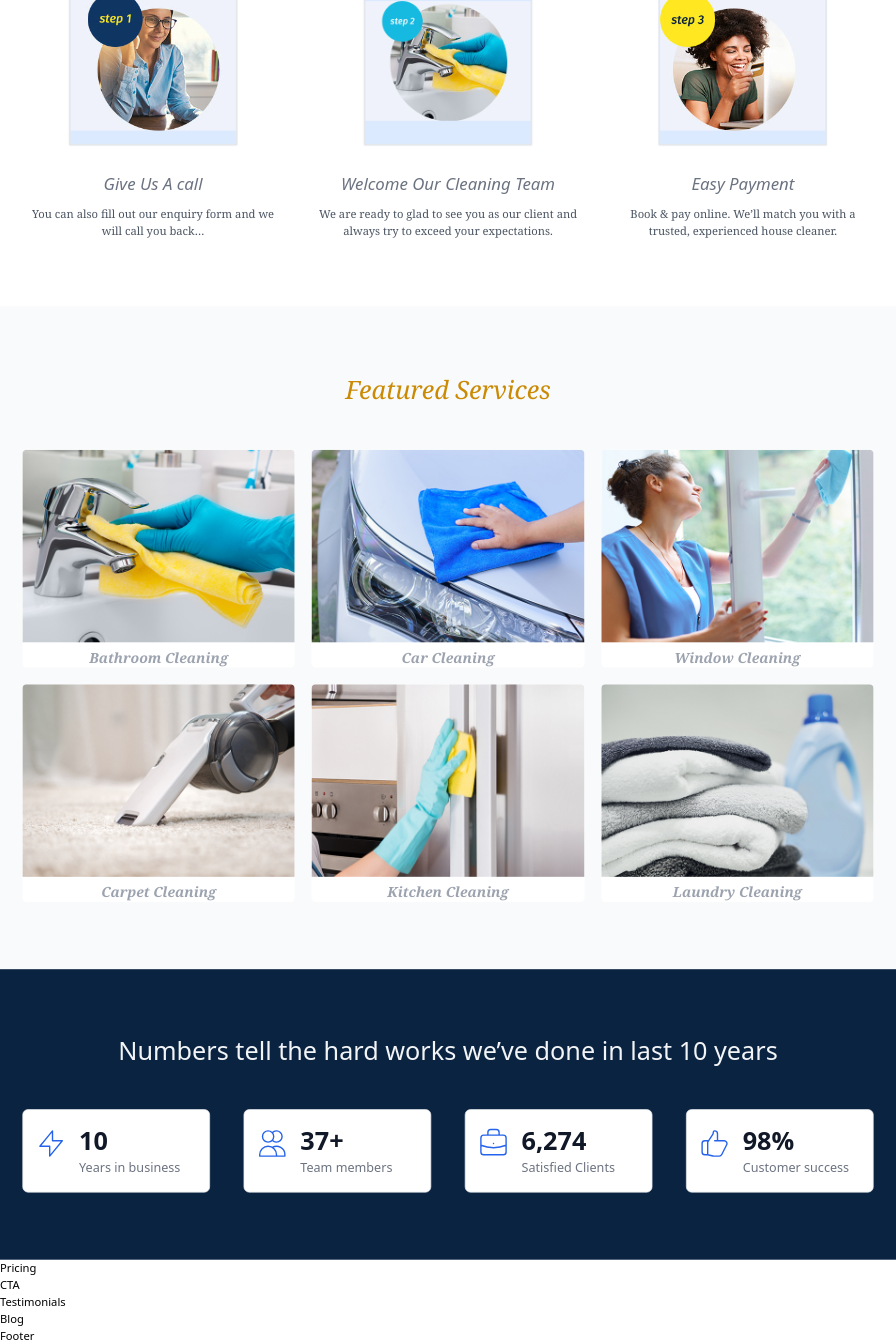
Repository: remydev47/cleonara
Page: /
These files come from the project's save history. The page is drawn as it stood at one moment and after the next save; the edit follows.
The browser window is 1280 px wide. The pictures show the part of the page from y = 2361 to 4281 px (the page is 4281 px tall), at 70% of full size.
The project was rebuilt for these pictures with package versions that can differ from the ones it lists, and the page was loaded fresh each time. The framework's server and built-in components were replaced by stand-ins that run in the browser. Also part of the build but not shown: next.config.js.

Above is the page before, as saved 2022-11-01 13:30:08.

### pages/_app.tsx
import '../styles/globals.css'
import type { AppProps } from 'next/app'
import Header from '../components/Header'

function MyApp({ Component, pageProps }: AppProps) {
  return(
    <>
      <Header />
      <Component {...pageProps} />
    </>

  )
}

export default MyApp

### pages/index.tsx
import type { NextPage } from 'next'
import Head from 'next/head'
import Image from 'next/image'
import { AboutUs, CTA, Hero, Offers, Pricing, Services, Blog, Stats, Steps, Testimonials, Footer } from '../components'

const Home: NextPage = () => {
  return (
    <div className="">
      <Head>
        <title>CLEONARA</title>
        <link rel="icon" href="/favicon.ico" />
      </Head>
      <Hero/>
      <Offers />
      <AboutUs />
      <Steps />
      <Services />
      <Stats />
      <Pricing />
      <CTA />
      <Testimonials />
      <Blog />
      <Footer />
    </div>
  )
}

export default Home

### components/Header.tsx
import React from 'react';
import { navLinks } from '../constants';
import Menupopover from './Menupopover';
import Image from 'next/image';
import Logo from './Logo';
import { Button } from './Button';

const Header = () => {
  return (
    <header className="fixed inset-x-0 bg-[#092341] z-20 flex justify-between items-center py-2 px-2 shadow-lg dark:bg-slate-900 sm:py-3 sm:px-8">
            <div className='flex grow-0 basis-1/3 md:hidden'>
                <Menupopover />
            </div>

             <div className='flex grow-0 ml-2 justify-center md:justify-start'>
                <Logo />

            </div>


            <ul className="list-none sm:flex hidden justify-center items-center flex-1">
            {navLinks.map((nav, index) => (
                <li
                key={nav.id}
                className={`font-bold cursor-pointer text-[16px] hover:text-blue-400
                   ${index === navLinks.length - 1 ? 'mr-0' : 'mr-10'}
                  text-white `}
                >
                    <a>{nav.title}</a>
                </li>
            ))}
           </ul>

          <div className='sm:flex hidden'>
            <Button variant='solid'>
              GET A QUOTE!
            </Button>
          </div>

        </header>
  )
}

export default Header

### components/index.ts
import Hero from "./Hero";
import Offers from "./Offers";
import AboutUs from "./AboutUs";
import Steps from "./Steps";
import Services from "./Services";
import Stats from "./Stats";
import Pricing from "./Pricing";
import CTA from "./CTA";
import Testimonials from "./Testimonials";
import Blog from "./Blog";
import Footer from "./Footer";

export {
    Hero, Offers, AboutUs, Steps, Services, Stats, Pricing, CTA, Testimonials, Blog, Footer
}

### constants/index.ts
export const navLinks=[
    {
        id:"home",
        title:"Home",
    },
    {
        id:"services",
        title:"Services",
    },
    {
        id:"AboutUs",
        title:"AboutUs",
    },
    {
        id:"pricing",
        title:"Pricing",
    },
    {
        id:"blog",
        title:"Blog",
    },
    {
        id:"reviews",
        title:"Reviews",
    },
    {
        id:"contacts",
        title:"Contacts",
    },
]

### components/Menupopover.tsx
import React, {useState, Fragment} from 'react';
import { navLinks } from '../constants';
import { IconButton, Button } from './Button';
import { Transition, Dialog } from '@headlessui/react';
import Logo from './Logo';
import Image from 'next/image';

const Menupopover = () => {
  const [isOpen, setIsOpen] = useState(false)

  return (
    <div>
    <IconButton
      variant='ghost'
      aria-label='menu'
      onClick={() => setIsOpen(!isOpen)}
    >
      <svg className='h-6 w-6 ' fill='none' stroke='currentColor'>
        <path
          strokeLinecap='round'
          strokeLinejoin='round'
          strokeWidth={2}
          d='M4 6h16M4 12h16M4 18h16'
        />
      </svg>
    </IconButton>
    <Transition
      show={isOpen}
      appear
      as={Fragment}
      enter='transform transition ease-in-out duration-300'
      enterFrom='-translate-x-full'
      enterTo='translate-x-0'
      leave='transform transition ease-in-out duration-300 delay-200'
      leaveFrom='translate-x-0'
      leaveTo='-translate-x-full'
     >
     <Dialog
       as='div'
       className={`fixed inset-0 z-50`}
       onClose={setIsOpen}
       open={isOpen}
       >
       <Transition.Child
         as={Fragment}
         enter='ease-out duration-300 delay-300'
         enterFrom='opacity-0'
         enterTo='opacity-100'
         leave='ease-in duration-200'
         leaveFrom='opacity-100'
         leaveTo='opacity-0'
       >

        <Dialog.Overlay
          className={`fixed inset-0 bg-black/20 backdrop-blur-sm dark:bg-gray-900/80`}
         />
      </Transition.Child>
       <div className={styles.dialogcontainer}>
        <a className='mx-auto mt-4 flex w-[140px] '>
          <Logo />
        </a>
        <ul
            className={styles.navWrapper2}
         >
            {navLinks.map((nav, index) => (
                <li
                 key={nav.id}
                 className={` font-bold cursor-pointer text-[16px]
                  mt-2 border-t border-slate-200 py-4 dark:border-slate-600
                  ${index === navLinks.length - 1 ? 'mr-0' : 'mb-4'}
                  text-white `}
                >
                 <a href={`#${nav.id}`}>
                    {nav.title}
                 </a>
                </li>
             ))}
         </ul>

        <IconButton
          variant='ghost'
          aria-label='close menu'
          className='absolute top-5 right-5'
          onClick={() => setIsOpen(false)}
        >
          <svg
            viewBox='0 0 10 10'
            className='h-2.5 w-2.5 overflow-visible'
            aria-hidden='true'
          >
            <path
                d='M0 0L10 10M10 0L0 10'
                fill='none'
                stroke='currentColor'
                strokeWidth='2'
                strokeLinecap='round'
              />
          </svg>
        </IconButton>
       </div>
     </Dialog>
    </Transition>
  </div>
  )
}

export default Menupopover;

const styles ={
  dialogcontainer:`fixed top-0 bottom-0 left-0 w-full max-w-xs rounded-r-xl bg-[#092341] p-6 shadow-lg dark:bg-gray-800`,
  menuitems:`group relative flex h-9 items-center oveflow-hidden rounded-md hover:bg-slate-200/50`,
  navWrapper2:`list-none flex flex-col justify-end items-center flex-1`,
}

### components/Logo.tsx
import React from 'react'
import Image from 'next/image'

const Logo = () => {
  return (
    <div>
        <Image
          src='/images/logo.png'
          alt='Cleonara'
          height={80}
          width={150}
        />
    </div>
  )
}

export default Logo

### components/Hero.tsx
import React from 'react'

const Hero = () => {
  return (
    <section className='relative pt-48 pb-12 xl:pt-60 sm:pb-16 lg:pb-32 xl:pb-48 2xl:pb-56'>
    <div className="absolute inset-0">
     <img className="object-cover w-full h-full" src="/images/7.jpg" alt="" />
    </div>
   <div className='relative'>
    <div className="px-6 mx-auto sm:px-8 lg:px-12 max-w-7xl">
      <div className="w-full lg:w-2/3 xl:w-1/2">
        <h1 className="font-serif text-xl font-bold tracking-tight text-white text-opacity-70 text-center">Proffesional Cleaning Services</h1>
        <p className="mt-6 tracking-tighter text-[#656b72]">
          <span className="font-sans font-bold text-6xl">BEST CLEANING </span><br />
          <span className="font-serif italic font-BOLD text-7xl">SERVICES IN TOWN</span>
        </p>
        <p className="mt-8 font-erif text-xl font-normal text-[#656b72]">
         Our professional and experienced cleaning staff does the job right the first time are Carefully selected Give them a deep.
        </p>
      </div>
    </div>
   </div>
  </section>
  )
}

export default Hero

### components/Offers.tsx
import React from 'react'
import { Button } from './Button'

const Offers = () => {
  return (
    <section className="bg-[#fff] sm:py-16 lg:py-24">
    <div className="px-4 mx-auto max-w-7xl sm:px-6 lg:px-8">
    <div className="max-w-2xl mx-auto text-center">
      <h2 className="text-xl italic font-semibold leading-tight text-black  lg:text-2xl">What We Offer</h2>
    </div>

    <div className="grid max-w-md grid-cols-1 gap-6 mx-auto mt-8 text-center lg:max-w-full lg:mt-16 lg:grid-cols-3">

        <div className="overflow-hidden bg-[#092341] shadow-xl border-gray-300 rounded-md">
          <div className="p-8 xl:px-12 flex flex-col items-center justify-center">
             <div className='flex flex-col'>
               <h1 className='text-3xl font-semibold text-white'>Opening</h1>
               <span className='italic text-2xl text-blue-400'>HOURS</span>
             </div>
             <h2 className='font-bold text-xl italic text-white text-center mt-2'>
               We are Open
             </h2>
             <p className='text-xl text-white text-center font-bold'>
               MON-FRI: 08:00-17:00
             </p>
             <p className='text-xl text-white text-center font-bold'>
               SAT-SUN: 10:00-17:00
             </p>
          </div>
        </div>

        <div className="overflow-hidden bg-blue-600 shadow-xl border-gray-300 rounded-md">
          <div className="p-8 xl:px-12 flex flex-col items-center justify-center">
             <div className='flex flex-col'>
               <h1 className='text-3xl font-semibold text-white'>Commercial</h1>
               <span className='italic text-2xl text-yellow-400'>Service</span>
             </div>
             <h2 className='font-bold text-xl italic text-white text-center mt-2'>
                Contact The Cleaning Authority and we’ll do the cleaning for you!
             </h2>
             <p>
              <Button variant='outline'>
                READ MORE!
              </Button>
             </p>
          </div>
        </div>


        <div className="overflow-hidden bg-[#0693e3] shadow-xl border-gray-300 rounded-md">
          <div className="p-8 xl:px-12 flex flex-col items-center justify-center">
             <div className='flex flex-col'>
               <h1 className='text-3xl font-semibold text-white'>Residential</h1>
               <span className='italic text-2xl text-yellow-400'>Services</span>
             </div>
             <h2 className='font-bold text-xl italic text-white text-center mt-2'>
               Invest in your free time with our services. Get started with an in-home estimate!
             </h2>
             <p>
              <Button variant='outline'>
                READ MORE!
              </Button>
             </p>
          </div>
        </div>

        <div className="overflow-hidden bg-yellow-400 shadow-xl border-gray-300 rounded-md">
          <div className="p-8 xl:px-12 flex flex-col items-center justify-center">
             <div className='flex flex-col'>
               <h1 className='text-3xl font-semibold text-[#092341]'>Special</h1>
               <span className='italic text-2xl text-gray-600'>Service</span>
             </div>
             <h2 className='font-bold text-xl italic text-[#0f3664] text-center mt-2'>
              We perform ongoing inspections to ensure every clean is up to our standards.
             </h2>
             <p>
              <Button variant='outline'>
                READ MORE!
              </Button>
             </p>
          </div>
        </div>

    </div>
</div>
</section>
  )
}

export default Offers

### components/AboutUs.tsx
import React from 'react'

const AboutUs = () => {
  return (
    <section className="py-6 bg-gray-50 sm:py-16 lg:py-24">
    <div className="max-w-5xl px-4 mx-auto sm:px-6 lg:px-8">
        <div className="grid items-center grid-cols-1 gap-y-6 md:grid-cols-2 md:gap-x-20">
            <div className="">
                <h1 className='text-3xl italic text-blue-800/70 text-center'>WELCOME TO OUR CLEANING AGENCY</h1>
                <h2 className="text-4xl font-bold leading-tight text-black sm:text-4xl lg:text-4xl">Cleaning Services We Provide.</h2>
                <p className="mt-4 text-base leading-relaxed text-gray-600 font-semibold">
                 Our home cleaning services are designed to give you the peace of mind you deserve and the time you need to enjoy your life and loved ones..
                </p>
            </div>

            <div className=" pl-20 pr-6 sm:pl-6 md:px-0">
                <div className="relative w-full max-w-xs mt-4 mb-10 ml-auto">
                 <img className="relative -top-4 -left-4" src="/images/Cleaning.jpg" alt="" />



                    <div className="absolute -bottom-10 -left-16 m-2">


                          <div className="px-8 py-8 bg-blue-700">
                               <span className="block text-4xl font-bold text-yellow-500 lg:text-5xl"> 50+ </span>
                                <span className="block mt-2 text-base leading-tight text-yellow-500"> Team<br />Member</span>
                            </div>
                    </div>
                </div>
            </div>
        </div>
    </div>
</section>
  )
}

export default AboutUs

### components/Steps.tsx
import React from 'react'

const Steps = () => {
  return (
    <section className="py-10  bg-white sm:py-16 lg:py-24">
    <div className="px-4 mx-auto max-w-7xl sm:px-6 lg:px-8">
        <div className="max-w-2xl mx-auto text-center">
            <h2 className="text-3xl italic font-semibold leading-tight text-[#092341]">Enjoy Your Time Off</h2>

        </div>

        <div className="relative mt-12 lg:mt-20">


            <div className="relative grid grid-cols-1 text-center gap-y-12 md:grid-cols-3 gap-x-12">
                <div>
                    <div className="flex items-center justify-center w-60 h-60 mx-auto bg-blue-100 border-2 border-gray-200 shadow">
                        <span className="text-xl font-semibold text-gray-700">
                            <img src='/images/step-1.jpg' className='h-full w-full ' />
                        </span>
                    </div>
                    <h3 className="mt-6 text-2xl italic leading-tight text-gray-500 md:mt-10">Give Us A call</h3>
                    <p className="mt-4 font-serif text-base text-gray-600">You can also fill out our enquiry form and we will call you back…</p>
                </div>

                <div>
                    <div className="flex items-center justify-center w-60 h-60 mx-auto bg-blue-100 border-2 border-gray-200 shadow">
                        <span className="text-xl font-semibold text-gray-700">
                          <img src='/images/step-2.jpg' className='h-full w-full ' />
                        </span>
                    </div>
                    <h3 className="mt-6 text-2xl italic leading-tight text-gray-500 md:mt-10">Welcome Our Cleaning Team</h3>
                    <p className="mt-4 font-serif text-base text-gray-600">We are ready to glad to see you as our client and always try to exceed your expectations.</p>
                </div>

                <div>
                    <div className="flex items-center justify-center w-60 h-60 mx-auto bg-blue-100 border-2 border-gray-200 shadow">
                        <span className="text-xl font-semibold text-gray-700">
                        <img src='/images/step-3.jpg' className='h-full w-full ' />
                        </span>
                    </div>
                    <h3 className="mt-6 text-2xl italic leading-tight text-gray-500 md:mt-10">Easy Payment</h3>
                    <p className="mt-4 font-serif text-base text-gray-600">Book & pay online. We’ll match you with a trusted, experienced house cleaner.</p>
                </div>

            </div>
        </div>
    </div>
 </section>
  )
}

export default Steps

### components/Services.tsx
import React from 'react'

const services=[
  {
    image:'/images/1.jpg',
    title:'Bathroom Cleaning',
    description:'',
  },
  {
    image:'/images/2.jpg',
    title:'Car Cleaning',
    description:'',
  },
  {
    image:'/images/3.jpg',
    title:'Window Cleaning',
    description:'',
  },
  {
    image:'/images/4.jpg',
    title:'Carpet Cleaning',
    description:'',
  },
  {
    image:'/images/5.jpg',
    title:'Kitchen Cleaning',
    description:'',
  },
  {
    image:'/images/6.jpg',
    title:'Laundry Cleaning',
    description:'',
  },
]

const Services = () => {
  return (
    <section className="bg-gray-50 sm:py-16 lg:py-24">

    <div className="px-4 mx-auto max-w-7xl sm:px-6 lg:px-8">
     <div className="max-w-2xl mx-auto text-center">
      <h2 className="italic font-serif text-4xl leading-tight text-yellow-600">Featured Services</h2>
     </div>

     <div className="grid max-w-md grid-cols-1 gap-6 mx-auto mt-8 text-center lg:max-w-full lg:mt-16 lg:grid-cols-3">
      {services.map((item, i) => (
     <div className="overflow-hidden bg-white border-gray-300 rounded-md">
          <div className="flex flex-col items-center justify-center">

              <img
               src={item.image}
               className="w-full"
             />

             <h2 className='font-bold font-serif text-xl text-gray-400 italic text-center mt-2'>
               {item.title}
             </h2>
             <p className='text-xl font-serif text-gray-300 text-center '>
              {item.description}
             </p>
          </div>
     </div>
     ))}
    </div>
</div>
</section>
  )
}

export default Services

### components/Stats.tsx
import React from 'react'

const Stats = () => {
  return (
    <section className="py-10 bg-[#092341] sm:py-16 lg:py-24">
    <div className="px-4 mx-auto max-w-7xl sm:px-6 lg:px-8">
        <div className="text-center">
            <h4 className="text-4xl font-medium text-gray-100">Numbers tell the hard works we’ve done in last 10 years</h4>
        </div>

        <div className="grid grid-cols-1 gap-6 px-6 mt-8 sm:px-0 lg:mt-16 sm:grid-cols-2 lg:grid-cols-4 xl:gap-x-12">
            <div className="overflow-hidden bg-white border border-gray-200 rounded-lg">
                <div className="px-4 py-6">
                    <div className="flex items-start">
                        <svg className="flex-shrink-0 w-12 h-12 text-blue-600" xmlns="http://www.w3.org/2000/svg" fill="none" viewBox="0 0 24 24" stroke="currentColor">
                            <path stroke-linecap="round" stroke-linejoin="round" stroke-width="1" d="M13 10V3L4 14h7v7l9-11h-7z" />
                        </svg>
                        <div className="ml-4">
                            <h4 className="text-4xl font-bold text-gray-900">10</h4>
                            <p className="mt-1.5 text-lg font-medium leading-tight text-gray-500">Years in business</p>
                        </div>
                    </div>
                </div>
            </div>

            <div className="overflow-hidden bg-white border border-gray-200 rounded-lg">
                <div className="px-4 py-6">
                    <div className="flex items-start">
                        <svg className="flex-shrink-0 w-12 h-12 text-blue-600" xmlns="http://www.w3.org/2000/svg" fill="none" viewBox="0 0 24 24" stroke="currentColor">
                            <path stroke-linecap="round" stroke-linejoin="round" stroke-width="1" d="M12 4.354a4 4 0 110 5.292M15 21H3v-1a6 6 0 0112 0v1zm0 0h6v-1a6 6 0 00-9-5.197M13 7a4 4 0 11-8 0 4 4 0 018 0z" />
                        </svg>
                        <div className="ml-4">
                            <h4 className="text-4xl font-bold text-gray-900">37+</h4>
                            <p className="mt-1.5 text-lg font-medium leading-tight text-gray-500">Team members</p>
                        </div>
                    </div>
                </div>
            </div>

            <div className="overflow-hidden bg-white border border-gray-200 rounded-lg">
                <div className="px-4 py-6">
                    <div className="flex items-start">
                        <svg className="flex-shrink-0 w-12 h-12 text-blue-600" xmlns="http://www.w3.org/2000/svg" fill="none" viewBox="0 0 24 24" stroke="currentColor">
                            <path stroke-linecap="round" stroke-linejoin="round" stroke-width="1" d="M21 13.255A23.931 23.931 0 0112 15c-3.183 0-6.22-.62-9-1.745M16 6V4a2 2 0 00-2-2h-4a2 2 0 00-2 2v2m4 6h.01M5 20h14a2 2 0 002-2V8a2 2 0 00-2-2H5a2 2 0 00-2 2v10a2 2 0 002 2z" />
                        </svg>
                        <div className="ml-4">
                            <h4 className="text-4xl font-bold text-gray-900">6,274</h4>
                            <p className="mt-1.5 text-lg font-medium leading-tight text-gray-500">Satisfied Clients</p>
                        </div>
                    </div>
                </div>
            </div>

            <div className="overflow-hidden bg-white border border-gray-200 rounded-lg">
                <div className="px-4 py-6">
                    <div className="flex items-start">
                        <svg className="flex-shrink-0 w-12 h-12 text-blue-600" xmlns="http://www.w3.org/2000/svg" fill="none" viewBox="0 0 24 24" stroke="currentColor">
                            <path
                                stroke-linecap="round"
                                stroke-linejoin="round"
                                stroke-width="1"
                                d="M14 10h4.764a2 2 0 011.789 2.894l-3.5 7A2 2 0 0115.263 21h-4.017c-.163 0-.326-.02-.485-.06L7 20m7-10V5a2 2 0 00-2-2h-.095c-.5 0-.905.405-.905.905 0 .714-.211 1.412-.608 2.006L7 11v9m7-10h-2M7 20H5a2 2 0 01-2-2v-6a2 2 0 012-2h2.5"
                            />
                        </svg>
                        <div className="ml-4">
                            <h4 className="text-4xl font-bold text-gray-900">98%</h4>
                            <p className="mt-1.5 text-lg font-medium leading-tight text-gray-500">Customer success</p>
                        </div>
                    </div>
                </div>
            </div>
        </div>
    </div>
  </section>
  )
}

export default Stats

Loaded but not shown: styles/globals.css (common file); components/Pricing.tsx (common file); components/CTA.tsx (common file); components/Testimonials.tsx (common file); components/Blog.tsx (common file); components/Footer.tsx (common file); tailwind.config.js (common file); components/Button/index.tsx (181 lines, source omitted)

After the next save:
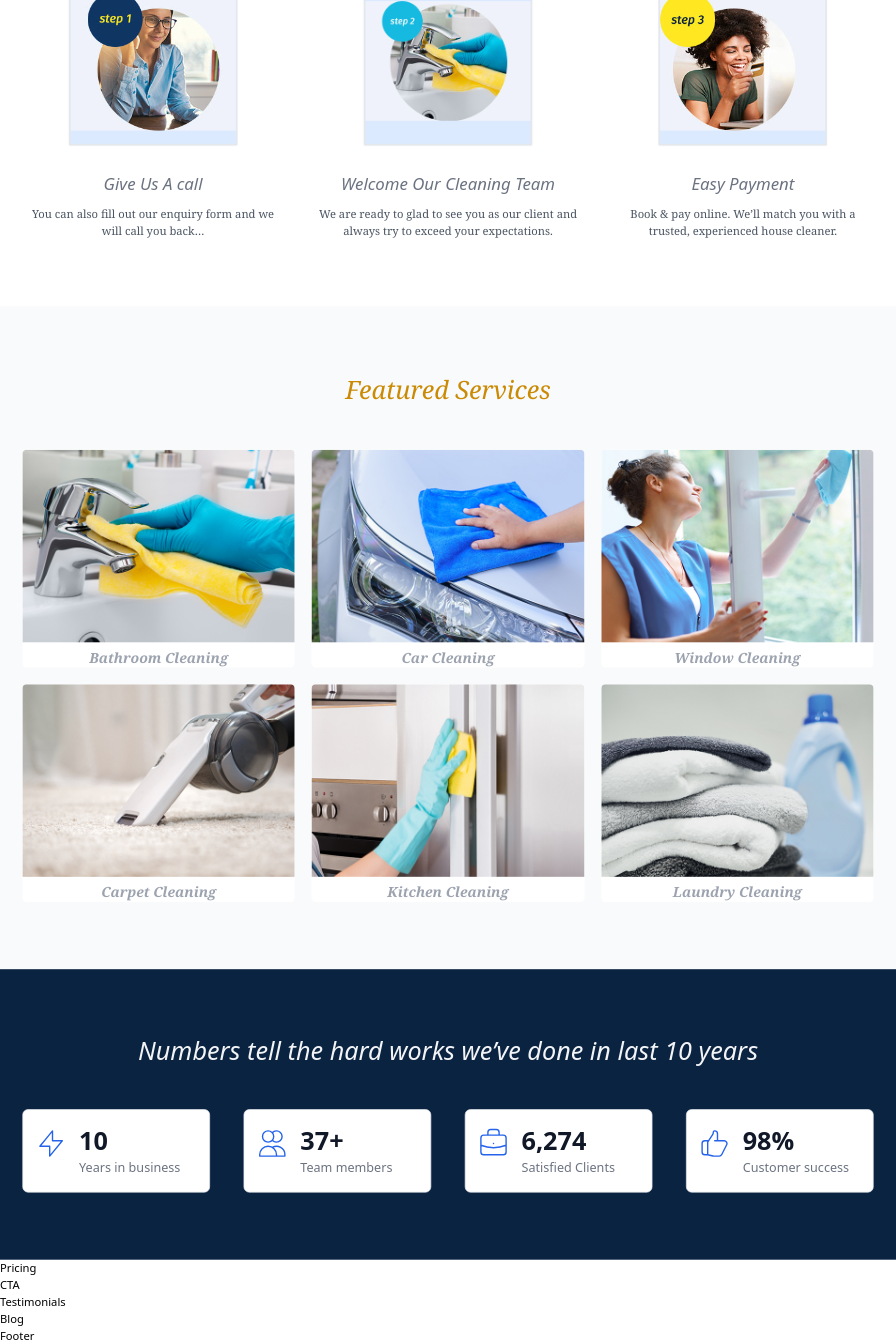
Saved 14 s later.
--- a/components/Stats.tsx
+++ b/components/Stats.tsx
@@ -5,7 +5,7 @@ const Stats = () => {
     <section className="py-10 bg-[#092341] sm:py-16 lg:py-24">
     <div className="px-4 mx-auto max-w-7xl sm:px-6 lg:px-8">
         <div className="text-center">
-            <h4 className="text-4xl font-medium text-gray-100">Numbers tell the hard works we’ve done in last 10 years</h4>
+            <h4 className="text-4xl font-medium italic text-gray-100">Numbers tell the hard works we’ve done in last 10 years</h4>
         </div>
 
         <div className="grid grid-cols-1 gap-6 px-6 mt-8 sm:px-0 lg:mt-16 sm:grid-cols-2 lg:grid-cols-4 xl:gap-x-12">
